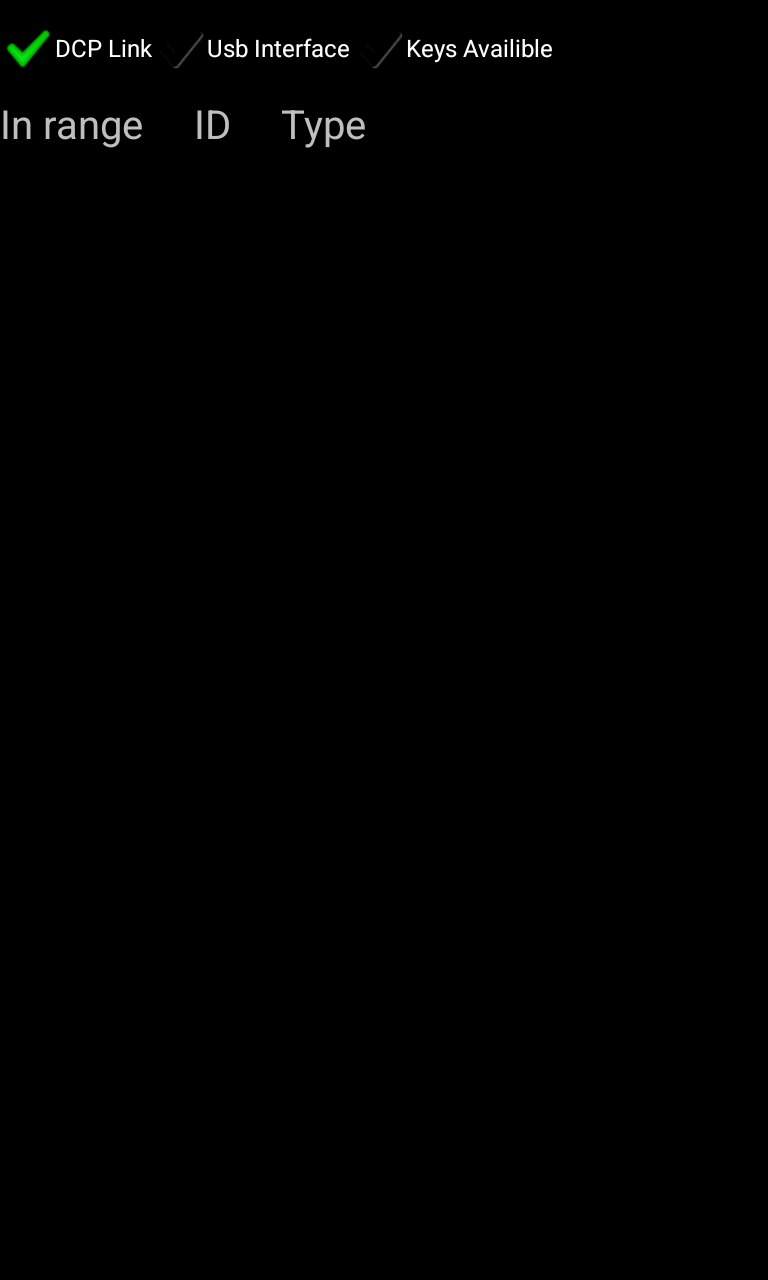
Repository: sergioenriquez/CSTE
Layout: HNAD/res/layout/devicelist.xml
The author's editor kept a copy of each file at every save. The layout is drawn from the files as they stood at one save, then again after the next save.
It is drawn on a 768 x 1280 px phone screen (xhdpi) without system bars, with theme android:Theme.NoTitleBar; the app's code is not run. Lists and similar views that code fills are empty.

Above is the layout before, as saved 2011-12-18 04:03:59.

### HNAD/res/layout/devicelist.xml
<?xml version="1.0" encoding="utf-8"?>
<LinearLayout
    xmlns:android="http://schemas.android.com/apk/res/android"
    android:orientation="vertical"
    android:layout_width="fill_parent"
    android:layout_height="fill_parent">
    <LinearLayout
        android:orientation="horizontal"
        android:layout_width="match_parent"
        android:layout_height="wrap_content">
        <CheckBox
	        android:id="@+id/dcplink"
	        android:text="DCP Link"
	       	android:button="@drawable/smallcheckbox"
	       	android:textSize="12sp"
	        android:editable="false"
	        android:checked="true"
	        android:layout_width="wrap_content"
			android:layout_height="wrap_content"/>
        <CheckBox
	        android:id="@+id/usblink"
	        android:text="Usb Interface"
	        android:textSize="12sp"
	        android:button="@drawable/smallcheckbox"
	        android:editable="false"
	        android:layout_width="wrap_content"
			android:layout_height="wrap_content"/>
        <CheckBox
	        android:id="@+id/keysavalible"
	        android:text="Keys Availible"
	        android:textSize="12sp"
	        android:button="@drawable/smallcheckbox"
	        android:editable="false"
	        android:layout_width="wrap_content"
			android:layout_height="wrap_content"/>
	</LinearLayout>

	<LinearLayout
	    android:layout_width="wrap_content"
	    android:layout_height="wrap_content"
	    android:orientation="horizontal" >

        <TextView
	    android:layout_width="fill_parent"
	    android:layout_height="wrap_content"
	    android:layout_marginRight="25sp"
	    android:textSize="20sp"
	    android:text="In range"/>
        <TextView
	    android:layout_width="fill_parent"
	    android:layout_height="wrap_content"
	    android:layout_marginRight="25sp"
	    android:textSize="20sp"
	    android:text="ID"/>
        <TextView
	    android:layout_width="fill_parent"
	    android:layout_height="wrap_content"
	    android:layout_marginRight="25sp"
	    android:textSize="20sp"
	    android:text="Type"/>
	</LinearLayout>
	<ListView
        android:id="@+id/devicesList"
        android:layout_width="match_parent"
        android:layout_height="match_parent" />
</LinearLayout>

### HNAD/res/drawable/smallcheckbox.xml
<?xml version="1.0" encoding="utf-8"?>

<selector xmlns:android="http://schemas.android.com/apk/res/android">
        <item android:state_checked="true" android:state_focused="true"
                android:drawable="@android:drawable/btn_check_buttonless_off" />
        <item android:state_checked="false" android:state_focused="true"
                android:drawable="@android:drawable/btn_check_buttonless_on" />
        <item android:state_checked="false"
                android:drawable="@android:drawable/btn_check_buttonless_off" />
        <item android:state_checked="true"
                android:drawable="@android:drawable/btn_check_buttonless_on" />
</selector>

After the next save:
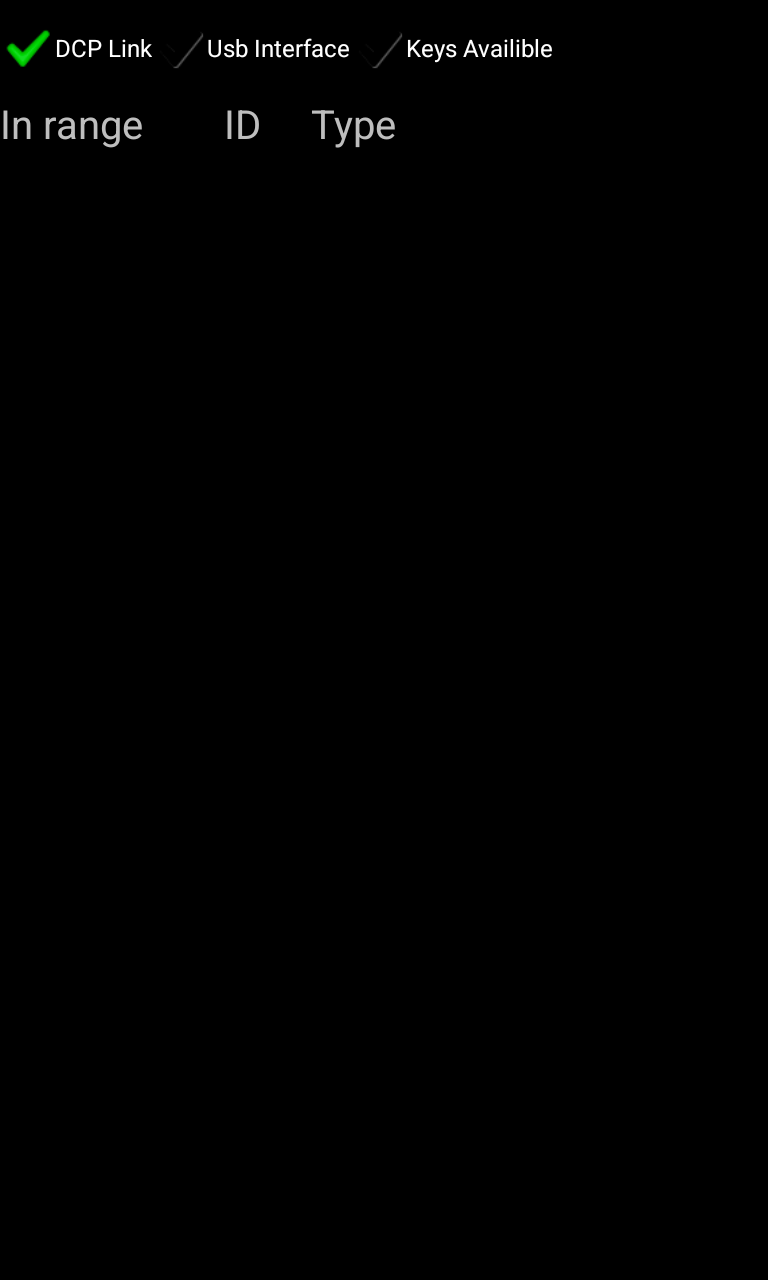
Saved 10 s later.
--- a/HNAD/res/layout/devicelist.xml
+++ b/HNAD/res/layout/devicelist.xml
@@ -43,7 +43,7 @@
         <TextView
 	    android:layout_width="fill_parent"
 	    android:layout_height="wrap_content"
-	    android:layout_marginRight="25sp"
+	    android:layout_marginRight="40sp"
 	    android:textSize="20sp"
 	    android:text="In range"/>
         <TextView
